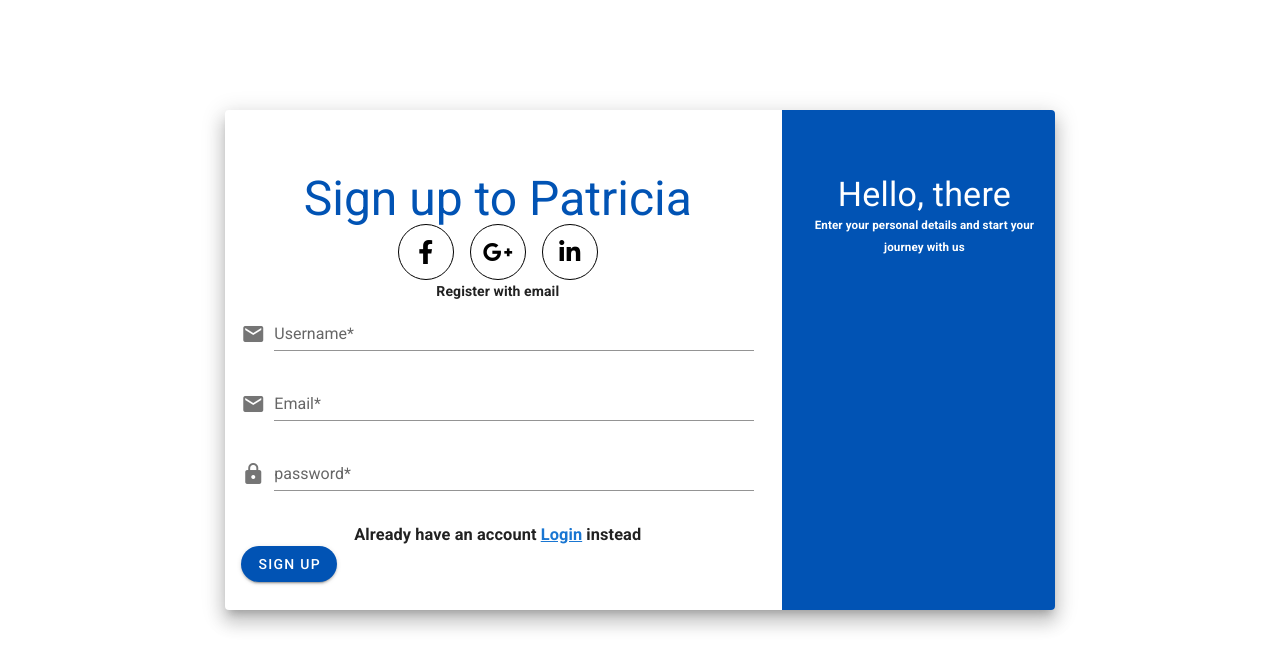
Repository: akinsikuoluwafemi/Pats_userAuth
Page: /signup
These files come from the project's save history. The page is drawn as it stood at one moment and after the next save; the edit follows.
The browser window is 1280 px wide. The pictures show the whole page.
The project was rebuilt for these pictures with package versions that can differ from the ones it lists, and the page was loaded fresh each time. Also part of the build but not shown: vue.config.js, src/views/Login.vue, src/views/UserInfo.vue.

Above is the page before, as saved 2020-11-05 22:01:49.

After the next save:
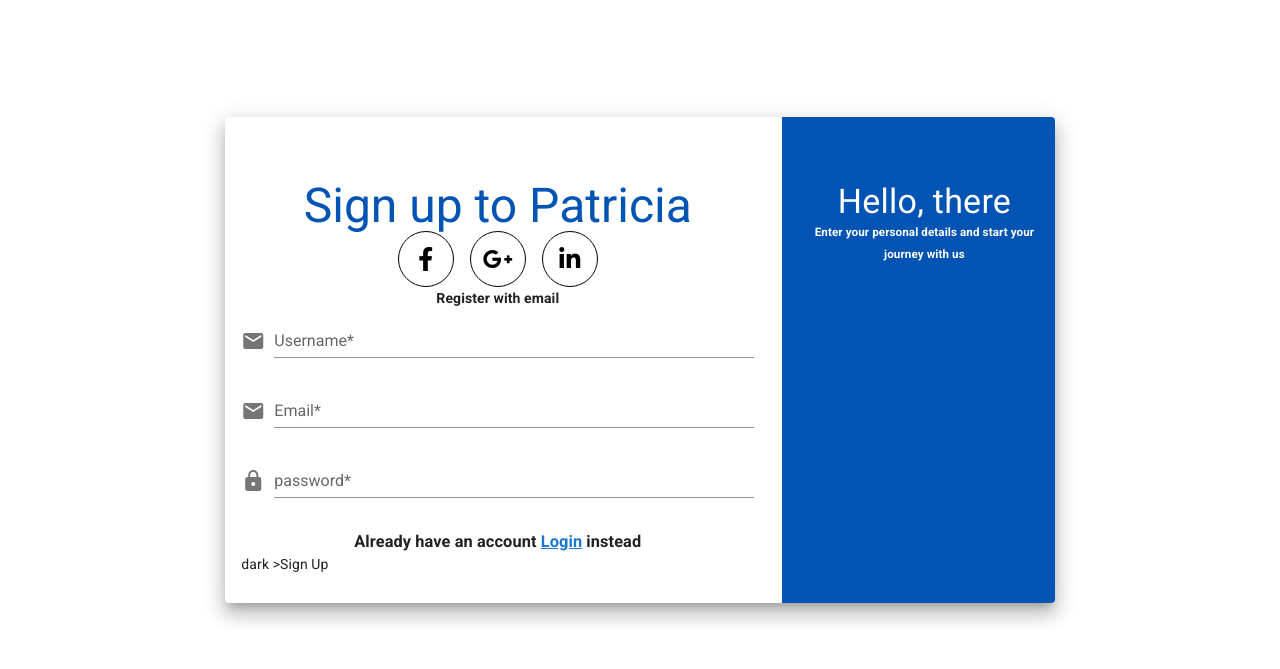
Saved 5 s later.
--- a/src/views/Signup.vue
+++ b/src/views/Signup.vue
@@ -71,7 +71,7 @@
                          type="submit"
                          form="check-login-form"
                           rounded
-                          v-bind:style="{ background: '#0153B4' }"
+                          <!-- v-bind:style="{ background: '#0153B4' }" -->
                           dark
                           >Sign Up
 

After the save that followed:
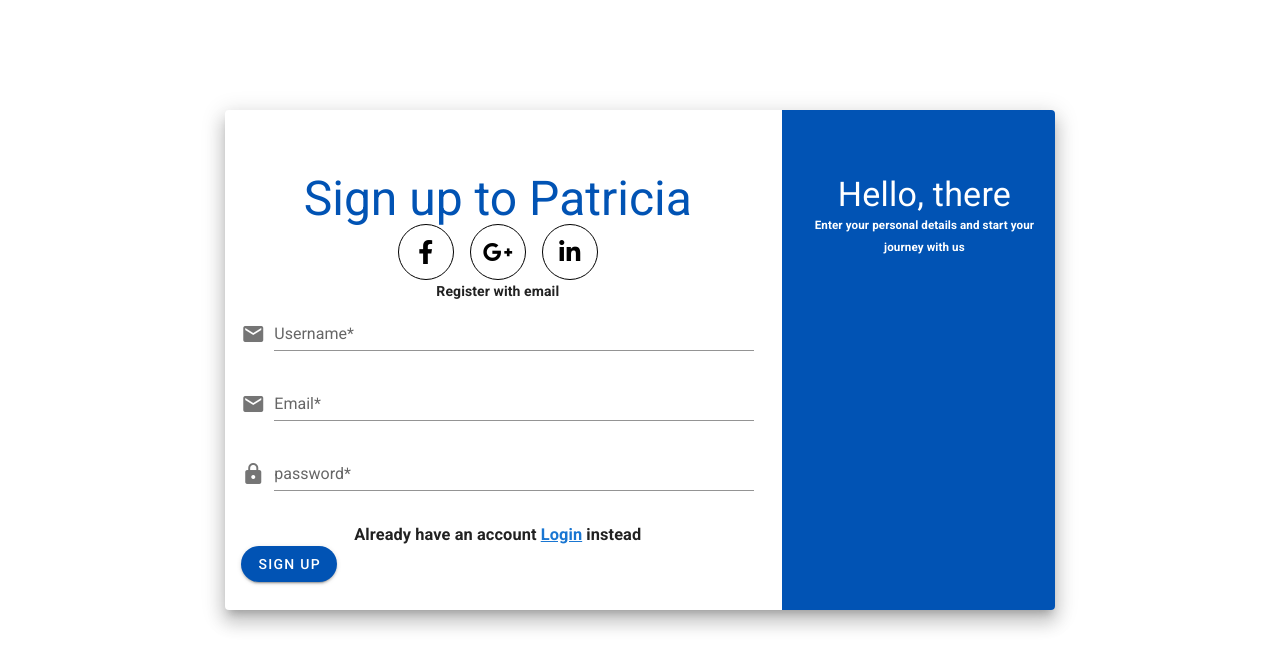
Saved 8 s later.
--- a/src/views/Signup.vue
+++ b/src/views/Signup.vue
@@ -71,7 +71,7 @@
                          type="submit"
                          form="check-login-form"
                           rounded
-                          <!-- v-bind:style="{ background: '#0153B4' }" -->
+                          v-bind:style="{ background: '#0153B4' }"
                           dark
                           >Sign Up
 
